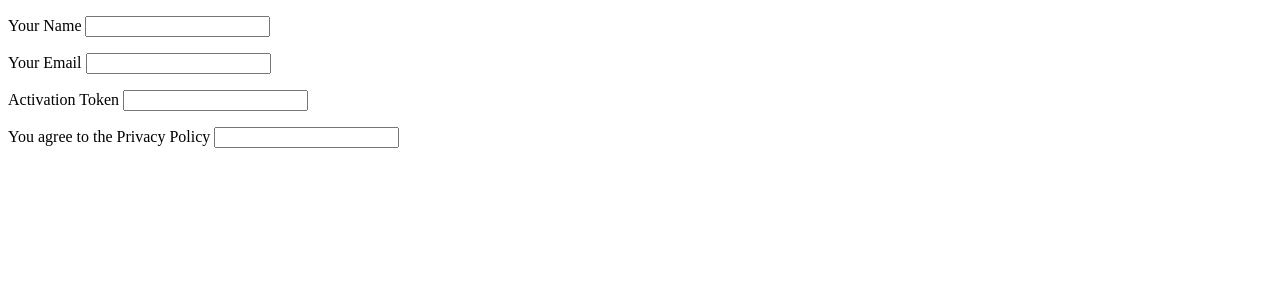
Repository: Rachael4life/Assignment-1
Page: starter-code/src/index.html
These files come from the project's save history. The page is drawn as it stood at one moment and after the next save; the edit follows.
The browser window is 1280 px wide. The pictures show the whole page.

Above is the page before, as saved 2022-02-25 12:26:07.

After the next save:
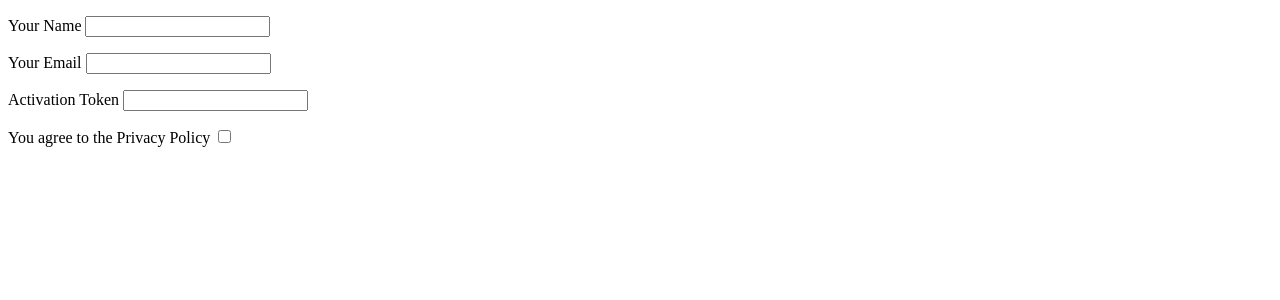
Saved 5 s later.
--- a/starter-code/src/index.html
+++ b/starter-code/src/index.html
@@ -22,7 +22,7 @@
                 <input type="number" name="activation token" id="name" placeholder="">
             </div>
             <div><p></p>
-                You agree to the Privacy Policy <input type="text">
+                You agree to the Privacy Policy <input type="checkbox">
             </div>
         </form>
     </div>
